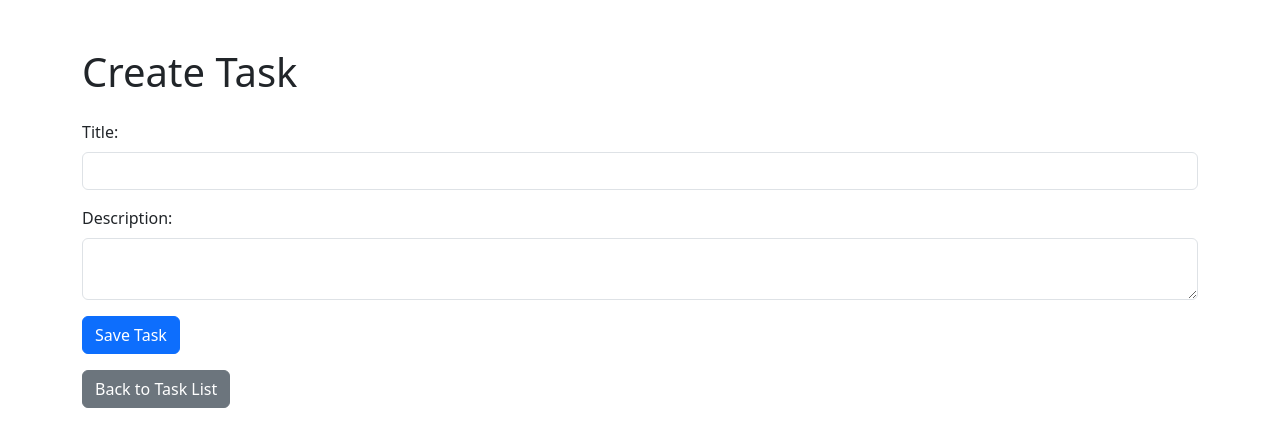
Repository: Abdulahi338/Crude-operation-using-MVC
Page: http://localhost/tasks/create
The author's editor kept a copy of each file at every save. The page is drawn from the files as they stood at one save, then again after the next save.
The browser window is 1280 px wide. The pictures show the whole page.
The page is served by the project's Laravel application, run on PHP 8.4 with Laravel 12.

Above is the page before, as saved 2024-09-12 15:19:44.

After the next save:
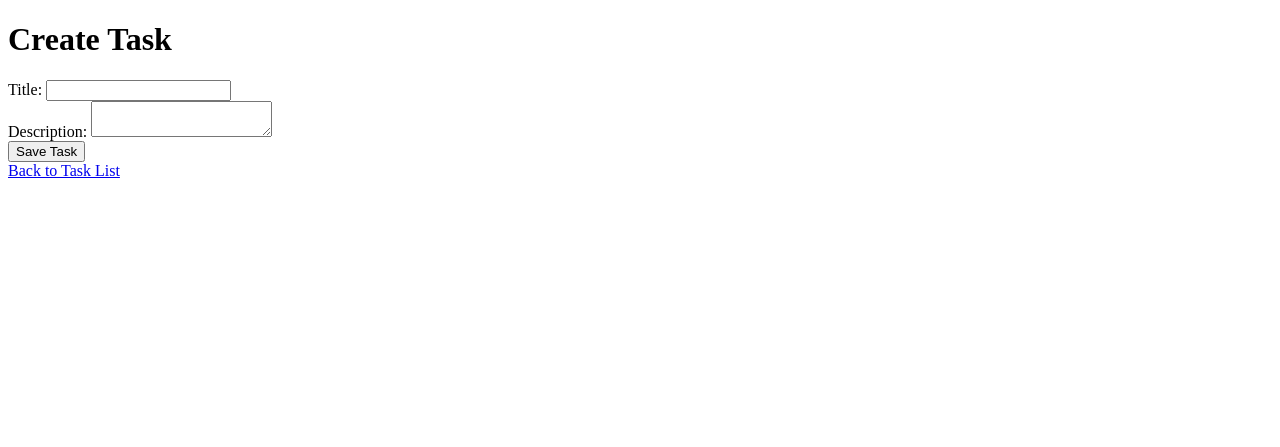
Saved 22 s later.
--- a/resources/views/tasks/create.blade.php
+++ b/resources/views/tasks/create.blade.php
@@ -2,7 +2,7 @@
 <html>
 <head>
     <title>Create Task</title>
-    <link href="https://stackpath.bootstrapcdn.com/bootstrap/5.3.0/css/bootstrap.min.css" rel="stylesheet">
+    {{-- <link href="https://stackpath.bootstrapcdn.com/bootstrap/5.3.0/css/bootstrap.min.css" rel="stylesheet"> --}}
 </head>
 <body>
     <div class="container mt-5">
